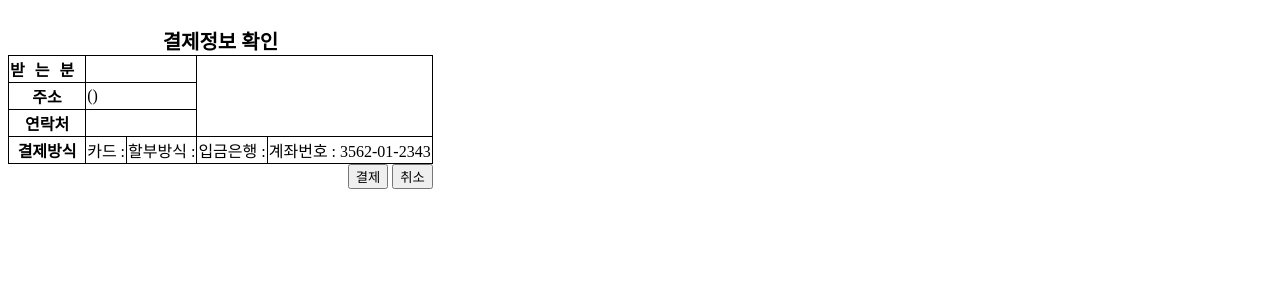
Repository: fellownew/project_workspace
Page: http://localhost/shoppingmall/WEB-INF/view/body/buyer/note.jsp
The author's editor kept a copy of each file at every save. The page is drawn from the files as they stood at one save, then again after the next save.
The browser window is 1280 px wide. The pictures show the whole page.
The page is served by Tomcat 9. Nobody is signed in. The template is opened directly, without the code that normally fills it, so the values that code supplies are empty.

Above is the page before, as saved 2015-06-13 01:27:10.

After the next save:
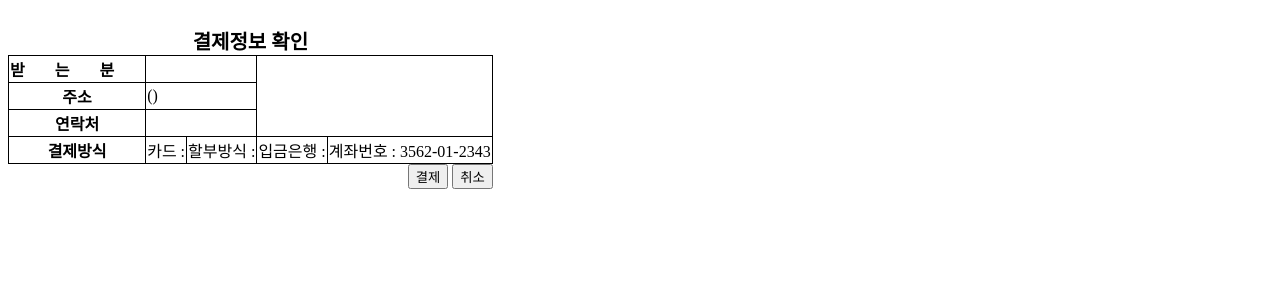
Saved 11 s later.
--- a/shoppingmall/WebContent/WEB-INF/view/body/buyer/note.jsp
+++ b/shoppingmall/WebContent/WEB-INF/view/body/buyer/note.jsp
@@ -45,7 +45,7 @@ table, td, th {
 		<caption style="text-align:center; font-weight:bold; font-size:20px" >결제정보 확인</caption>
 		<thead>
 			<tr><br>
-				<th style='letter-spacing:10px'>받는분</th>
+				<th style='letter-spacing:30px'>받는분</th>
 				<td style="text-align: left" colspan="2">${sessionScope.loginInfo.name}</td>
 			</tr>
 			<tr>
